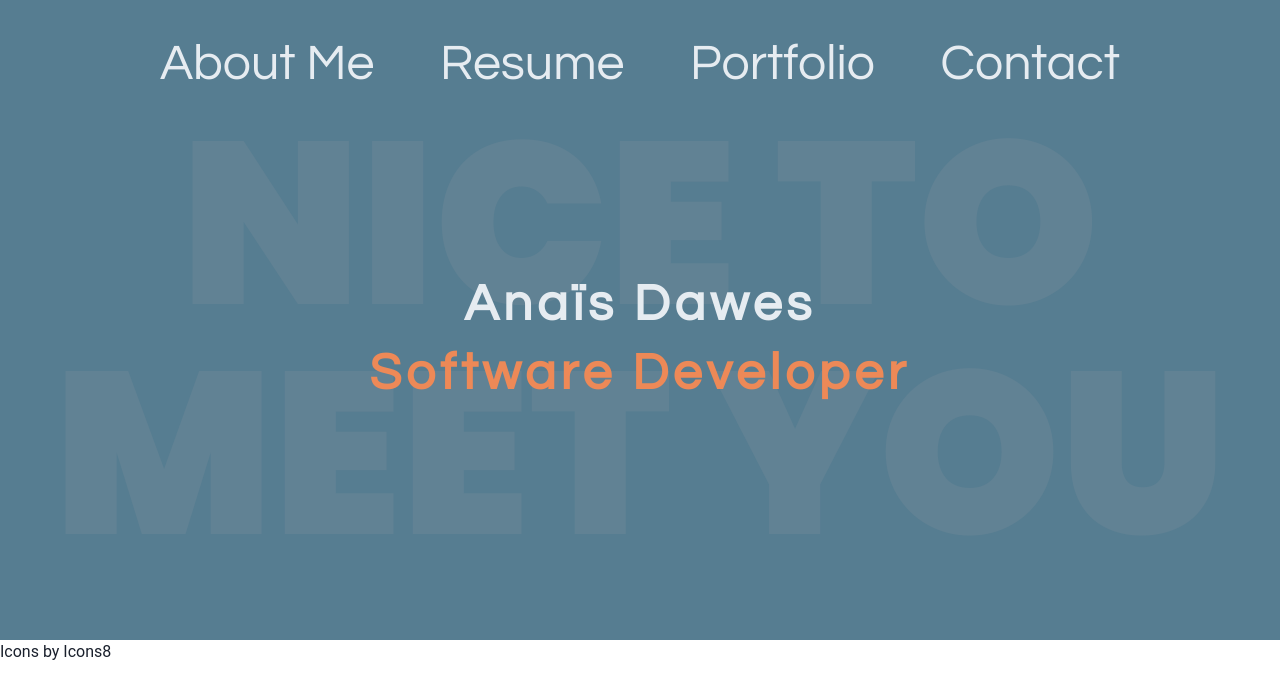
Repository: aedawes/AnaisDawesWebsite
Page: / (app in my-app/)
The author's editor kept a copy of each file at every save. The page is drawn from the files as they stood at one save, then again after the next save.
The browser window is 1280 px wide. The pictures show the whole page.
Some web fonts or font styles are not loaded; a fallback is used. The project was rebuilt for these pictures with package versions that can differ from the ones it lists, and the page was loaded fresh each time. Also part of the build but not shown: my-app/src/App.css, my-app/src/Components/MobileMenu.js.

Above is the page before, as saved 2023-09-06 11:56:17.

### my-app/src/index.js
import React from 'react';
import ReactDOM from 'react-dom/client';
import './index.css';
import App from './App';
import customTheme from './theme';
import reportWebVitals from './reportWebVitals';
import { ChakraProvider } from '@chakra-ui/react'

const root = ReactDOM.createRoot(document.getElementById('root'));
root.render(
  <ChakraProvider theme={customTheme}>
    <React.StrictMode>
      <App />
    </React.StrictMode>
  </ChakraProvider>
);

// If you want to start measuring performance in your app, pass a function
// to log results (for example: reportWebVitals(console.log))
// or send to an analytics endpoint. Learn more: https://bit.ly/CRA-vitals
reportWebVitals();

### my-app/src/App.js
import './App.css';
import Home from './Home';

function App() {
  return (
    <div className="App">
      <header className="App-header">
        <Home></Home>
      </header>
    </div>
  );
}

export default App;

### my-app/src/theme.js
// theme.js
import { extendTheme } from '@chakra-ui/react';

const theme = extendTheme({
    styles: {
        global: {
          // Import and define the Google Fonts using @font-face
          '@font-face': [
            {
              fontFamily: 'Poppins', // Font family name for Poppins
              src: 'url(https://fonts.googleapis.com/css2?family=Poppins:wght@900&display=swap)',
              fontWeight: '900', // FontWeight for Poppins
              fontStyle: 'normal',
            },
            {
              fontFamily: 'Questrial', // Font family name for Questrial
              src: 'url(https://fonts.googleapis.com/css2?family=Questrial&display=swap)',
              fontWeight: 'normal',
              fontStyle: 'normal',
            },
          ],
        },
    },
    colors: {
        blues: {
            100: '#0B0C21',
            200: '#567D91',
            300: '#A9C7D9',
            400: '#E6ECF1',
        },
        oranges: {
            100: '#ED8957',
        },
    },
    fonts: {
        body: 'Roboto, sans-serif',
        heading: 'Montserrat, sans-serif',
    },
});

export default theme;

### my-app/src/Home.js
import './Home.css';
import { Box, Center, Heading, Text, VStack, Button} from '@chakra-ui/react'
import NavBar from './Components/Navbar.js';
import MobileMenu from './Components/MobileMenu';

function Home() {
  return (
    <div className="App">
      <NavBar />
      <Box id='niceToMeetYou' backgroundColor='blues.200'>
        <Center id="center-content">
          <Heading id='bgText' fontFamily='Poppins'> NICE TO MEET YOU </Heading>
          <VStack id="center-title">
            <Heading
              id='name'
              fontFamily='Questrial'
              color='blues.400'>
              Anaïs Dawes
            </Heading>
            <Heading
              id='job'
              fontFamily='Questrial'
              color='oranges.100'>
              Software Developer
            </Heading>
          </VStack>
        </Center>
      </Box>
      Icons by <a target="_blank" href="https://icons8.com">Icons8</a>
    </div>
  );
}

export default Home;

### my-app/src/Home.css
@import url('https://fonts.googleapis.com/css2?family=Poppins:wght@900&family=Questrial&display=swap');
@import url("https://use.typekit.net/ber4ifm.css");

#niceToMeetYou{
    height: fit-content;
    width: 100vw;
}

#center-content {
    padding-top: 8.5%;
    padding-bottom: 5.5%;
}

#bgText {
    text-align: center;
    line-height: 100%;
    font-size: 18vw;
    color: #618294;
}

#center-title {
    position: absolute;
    text-align: center;
}

#name {
    /* font-family: 'Questrial', sans-serif; */
    font-size: 4vw;
    letter-spacing: 5px;
}

#job {
    /* font-family: 'Questrial', sans-serif; */
    font-size: 4vw;
    letter-spacing: 5px;
}

### my-app/src/Components/Navbar.js
import { useState } from 'react';
import { Box, Center, Text, HStack, VStack, Divider, Button } from '@chakra-ui/react'

function NavBar() {

    const [isOpen, setIsOpen] = useState(false); //state for the menu

    const toggle = () => setIsOpen(!isOpen); //function to toggle the menu

    return (
        <Box>
            <Box display={{ base: 'none', lg: 'block' }}>
                <Center>
                    <HStack
                        pos='absolute'
                        top='4%'
                        justifyContent='space-between'
                        width='75%'
                        fontFamily='Questrial'
                        fontSize='50px'
                        color='blues.400'>
                        <Text class="menuItem">About Me</Text>
                        <Text class="menuItem">Resume</Text>
                        <Text class="menuItem">Portfolio</Text>
                        <Text class="menuItem">Contact</Text>
                    </HStack>
                </Center>
            </Box>


            <Box
                display={{ base: 'block', lg: 'none' }}
                backgroundColor='#618294'
                h='40px'
                w='100vw'
                pos='absolute'
                >
                <button
                    style={{
                        position: 'absolute',
                        right: '5px',
                        top: '2px',
                        padding: '0',  // Remove padding if any
                        margin: '0',   // Remove margin if any
                    }}
                    onClick={toggle}>
                    <img
                        src={`${process.env.PUBLIC_URL}/icons8-menu.png`}
                        alt="MenuIcon"
                        style={{ width: '35px', height: '35px' }}/>
                </button>

                {isOpen && (
                <VStack
                    backgroundColor='#618294'
                    pos='absolute'
                    top='40px' // Adjust the top position to avoid overlapping with the button
                    right='5px'
                    spacing='2' // Adjust the spacing as needed
                    fontFamily='Questrial'
                    zIndex={999}
                >
                    <Box w='100vw'>
                        <Button
                            color='blues.400'
                            backgroundColor='blues.200'
                            fontSize='25px'
                            pl='15px'
                            pbt='15px'
                            w='110vw'
                            focusBoxShadow='blues.200'>
                                About Me
                        </Button>
                        <Divider/>
                    </Box>
                    <Box w='100vw'>
                        <Text
                            color='blues.400'
                            fontSize='25px'
                            ml='15px'
                            mb='5px'>
                                Resume
                        </Text>
                        <Divider/>
                    </Box>
                    <Box w='100vw'>
                        <Text
                            color='blues.400'
                            fontSize='25px'
                            ml='15px'
                            mb='5px'>
                                Portfolio
                        </Text>
                        <Divider/>
                    </Box>
                    <Box w='100vw'>
                        <Text
                            color='blues.400'
                            fontSize='25px'
                            ml='15px'
                            mb='5px'>
                                Contact
                        </Text>
                        <Divider/>
                    </Box>
                </VStack>
                )}
            </Box>
        </Box>
    );
}

export default NavBar;

Loaded but not shown: my-app/public/index.html (common file); my-app/src/index.css (common file); my-app/src/reportWebVitals.js (common file)

After the next save:
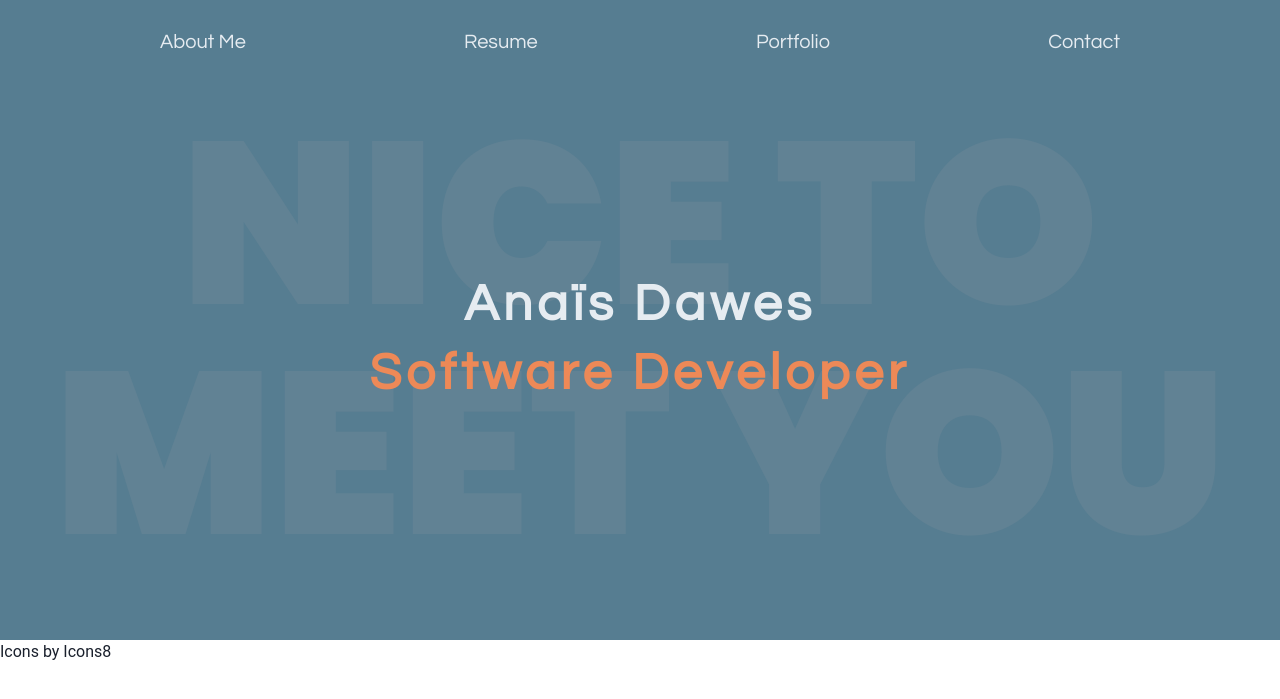
Saved 4 s later.
--- a/my-app/src/Components/Navbar.js
+++ b/my-app/src/Components/Navbar.js
@@ -17,7 +17,7 @@
                         justifyContent='space-between'
                         width='75%'
                         fontFamily='Questrial'
-                        fontSize='50px'
+                        fontSize='20px'
                         color='blues.400'>
                         <Text class="menuItem">About Me</Text>
                         <Text class="menuItem">Resume</Text>
